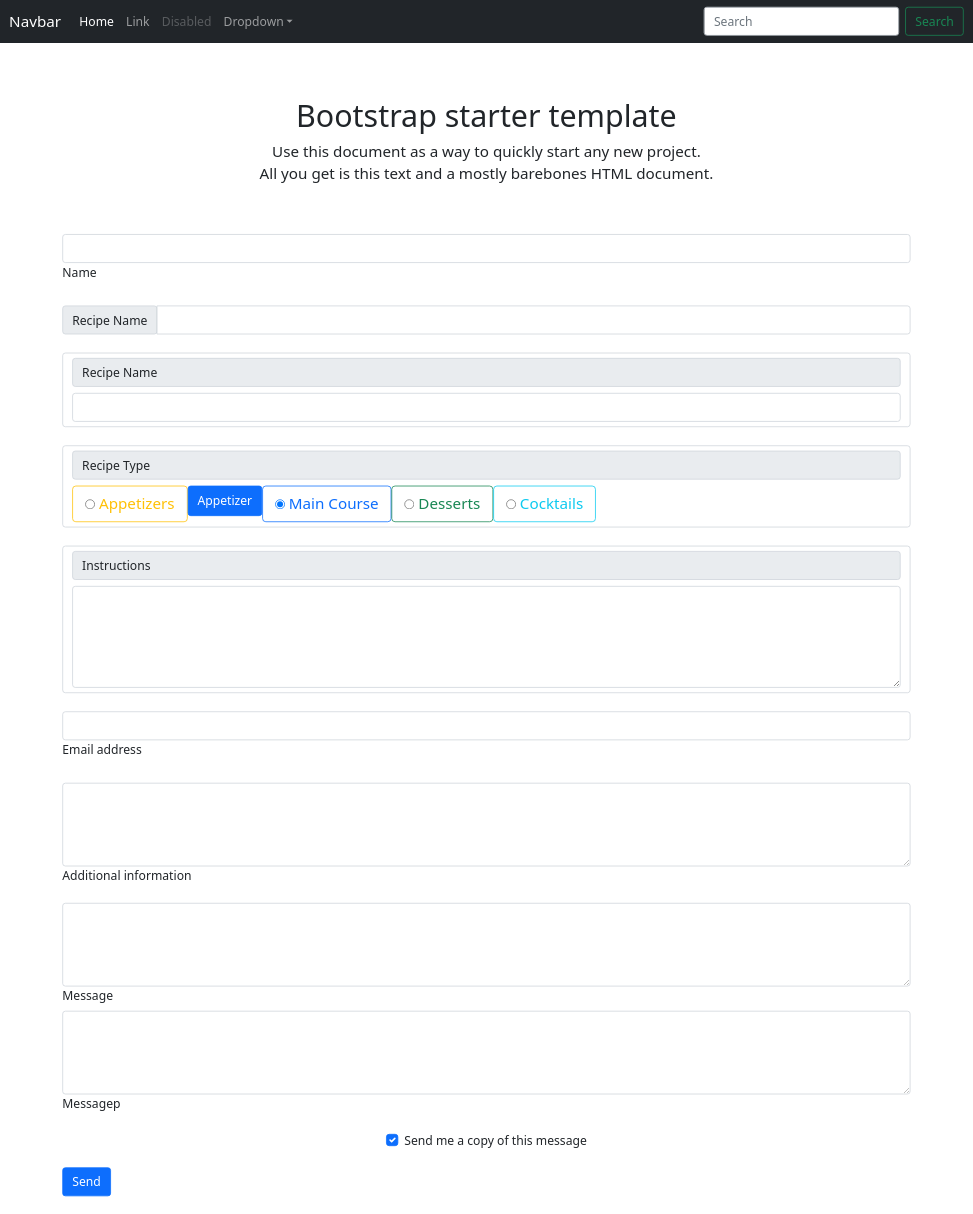
Repository: jerrywthompson/createRecipeWebpageHTML
Page: index.html
An editor plug-in stored every save of this project. The page is shown before and after the next save, followed by the edit.
The browser window is 1280 px wide. The pictures show the whole page, at 76% of full size.

Above is the page before, as saved 2021-02-23 22:54:14.

### index.html
<!doctype html>
<html lang="en">
    <head>
        <meta charset="utf-8">
        <meta name="viewport" content="width=device-width, initial-scale=1">
        <meta name="description" content="">
        <meta name="author" content="Mark Otto, Jacob Thornton, and Bootstrap contributors">
        <meta name="generator" content="Hugo 0.80.0">
        <title>Starter Template · Bootstrap v5.0</title>

        <link rel="canonical" href="https://getbootstrap.com/docs/5.0/examples/starter-template/">



        <!-- Bootstrap core CSS -->
        <link href="../assets/dist/css/bootstrap.min.css" rel="stylesheet">

        <style>
            .bd-placeholder-img {
                font-size: 1.125rem;
                text-anchor: middle;
                -webkit-user-select: none;
                -moz-user-select: none;
                user-select: none;
            }

            @media (min-width: 768px) {
                .bd-placeholder-img-lg {
                    font-size: 3.5rem;
                }
            }
        </style>


        <!-- Custom styles for this template -->
        <link href="starter-template.css" rel="stylesheet">
    </head>
    <body>

        <nav class="navbar navbar-expand-md navbar-dark bg-dark fixed-top">
            <div class="container-fluid">
                <a class="navbar-brand" href="#">Navbar</a>
                <button class="navbar-toggler" type="button" data-bs-toggle="collapse" data-bs-target="#navbarsExampleDefault" aria-controls="navbarsExampleDefault" aria-expanded="false" aria-label="Toggle navigation">
                    <span class="navbar-toggler-icon"></span>
                </button>

                <div class="collapse navbar-collapse" id="navbarsExampleDefault">
                    <ul class="navbar-nav me-auto mb-2 mb-md-0">
                        <li class="nav-item">
                            <a class="nav-link active" aria-current="page" href="#">Home</a>
                        </li>
                        <li class="nav-item">
                            <a class="nav-link" href="#">Link</a>
                        </li>
                        <li class="nav-item">
                            <a class="nav-link disabled" href="#" tabindex="-1" aria-disabled="true">Disabled</a>
                        </li>
                        <li class="nav-item dropdown">
                            <a class="nav-link dropdown-toggle" href="#" id="dropdown01" data-bs-toggle="dropdown" aria-expanded="false">Dropdown</a>
                            <ul class="dropdown-menu" aria-labelledby="dropdown01">
                                <li><a class="dropdown-item" href="#">Action</a></li>
                                <li><a class="dropdown-item" href="#">Another action</a></li>
                                <li><a class="dropdown-item" href="#">Something else here</a></li>
                            </ul>
                        </li>
                    </ul>
                    <form class="d-flex">
                        <input class="form-control me-2" type="search" placeholder="Search" aria-label="Search">
                        <button class="btn btn-outline-success" type="submit">Search</button>
                    </form>
                </div>
            </div>
        </nav>



        <div class="starter-template text-center py-5 px-3">
            <h1>Bootstrap starter template</h1>
            <p class="lead">Use this document as a way to quickly start any new project.<br> All you get is this text and a mostly barebones HTML document.</p>
        </div>
        <main class="container">
            <div class="input-section">
                <fieldset class="form-group">

                    <form action="test.php" method="post">
                        <!-- Name input -->
                        <div class="form-outline mb-4">
                            <input type="text" name="recipeName" id="form4Example1" class="form-control" />
                            <label class="form-label" for="form4Example1">Name</label>
                        </div>

                        <div class="input-group mb-4">
                            <div class="input-group-prepend">
                                <span class="input-group-text" id="inputGroup-sizing-default">Recipe Name</span>
                            </div>
                            <input type="text" name="notes" class="form-control" aria-label="Default" aria-describedby="inputGroup-sizing-default">
                        </div>

                        <div class="form-control mb-4">
                            <div class="input-group-prepend mb-2">
                                <span class="input-group-text" id="inputGroup-sizing-default">Recipe Name</span>
                            </div>
                            <input type="text" name="notes" class="form-control" aria-label="Default" aria-describedby="inputGroup-sizing-default">
                        </div>

                        <div class="form-control mb-4">
                            <div class="input-group-prepend mb-2">
                                <span class="input-group-text" id="inputGroup-sizing-default">Recipe Type</span>
                            </div>
                            <div class="btn-toolbar">
                                <label class="btn btn-outline-warning btn-lg">
                                    <input type="radio" name="recipeType" id="appetizers" value="appetizers" autocomplete="off" > Appetizers
                                </label>
                                <button type="button" name="recipeType" id="appetizers" value="appetizers" autocomplete="off" class="btn btn-primary mr-5 ml-3 mb-2"> Appetizer</button>
                                <label class="btn btn-outline-primary btn-lg ml-3">
                                    <input type="radio" name="recipeType" id="main_course" value="main_course" autocomplete="off" checked> Main Course
                                </label>
                                <label class="btn btn-outline-success btn-lg">
                                    <input type="radio" name="recipeType" id="desserts" value="desserts" autocomplete="off"> Desserts
                                </label>
                                <label class="btn btn-outline-info btn-lg">
                                    <input type="radio" name="recipeType" id="cocktails" value="cocktails" autocomplete="off"> Cocktails
                                </label>
                            </div>
                        </div>

                        <div class="form-control mb-4">
                            <div class="input-group-prepend mb-2">
                                <span class="input-group-text">Instructions</span>
                            </div>
                            <textarea class="form-control" name="instrucions" id="instrucions" rows="5"></textarea>
                        </div>

                        <!-- Email input -->
                        <div class="form-outline mb-4">
                            <input type="email" id="form4Example2" class="form-control" />
                            <label class="form-label" for="form4Example2">Email address</label>
                        </div>

                        <div class="form-outline mb-4">
                            <textarea class="form-control" id="form6Example7" rows="4"></textarea>
                            <label class="form-label-prepend" >Additional information</label>
                        </div>

                        <div class="form-outline">
                            <textarea class="form-control" id="textAreaExample" rows="4"></textarea>
                            <label class="form-label" for="textAreaExample">Message</label>
                          </div>

                        <!-- Message input -->
                        <div class="form-outline mb-4">
                            <textarea class="form-control" name="comments" id="form4Example3" rows="4"></textarea>
                            <label class="form-label-prepend" for="form4Example3">Messagep</label>
                        </div>

                        <!-- Checkbox -->
                        <div class="form-check d-flex justify-content-center mb-4">
                            <input
                                class="form-check-input me-2"
                                type="checkbox"
                                value=""
                                id="form4Example4"
                                checked
                                />
                            <label class="form-check-label" for="form4Example4">
                                Send me a copy of this message
                            </label>
                        </div>

                        <!-- Submit button -->
                        <button type="submit" class="btn btn-primary btn-block mb-4">Send</button>
                    </form>






                    <script src="../assets/dist/js/bootstrap.bundle.min.js"></script>


                    </body>
                    </html>
                    <a href="../flask_db4/flaskblog/templates/create_post.html"></a>

Loaded but not shown: assets/dist/css/bootstrap.min.css (library); starter-template.css (common file); assets/dist/js/bootstrap.bundle.min.js (library)

After the next save:
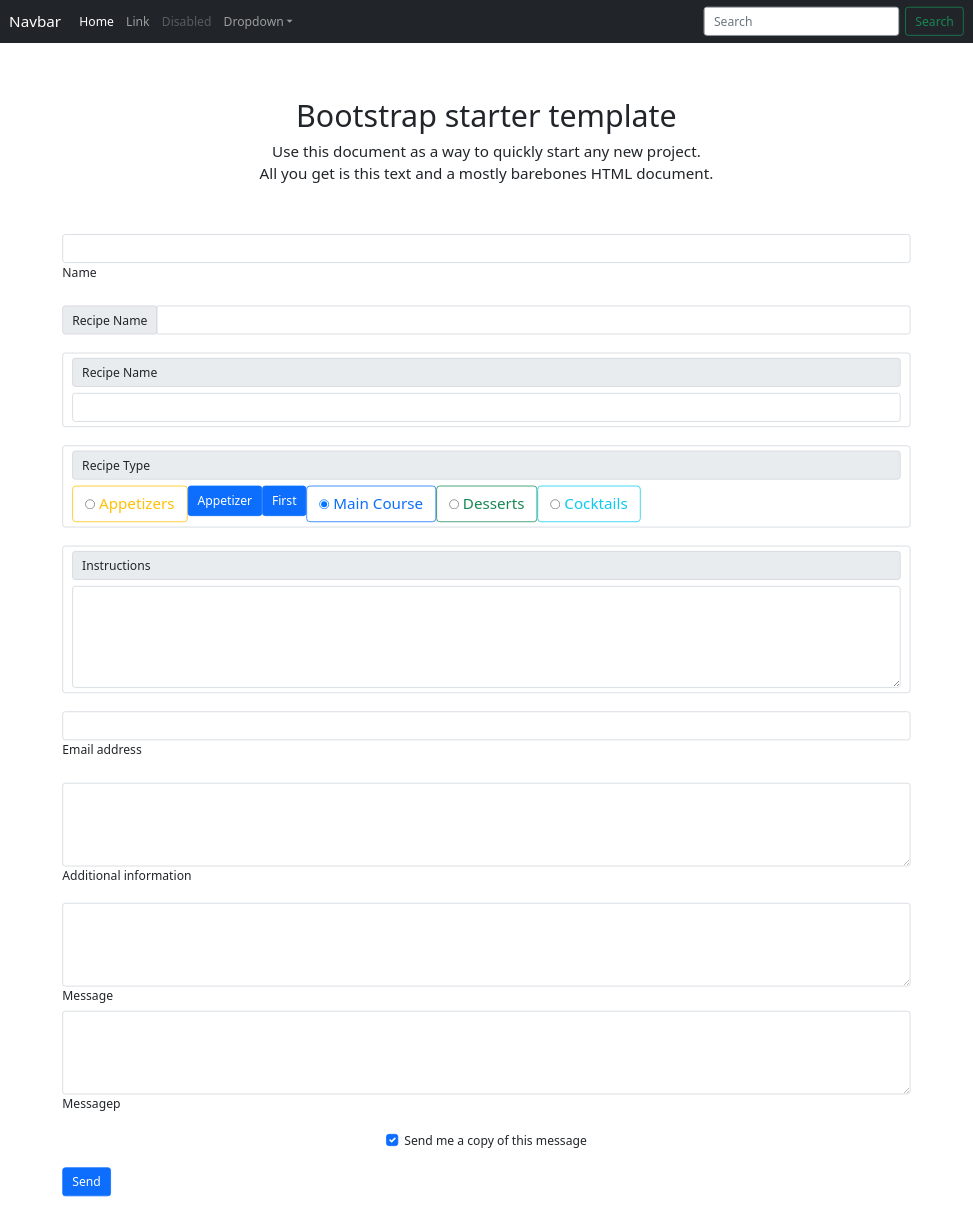
Saved 96 s later.
--- a/index.html
+++ b/index.html
@@ -112,6 +112,8 @@
                                     <input type="radio" name="recipeType" id="appetizers" value="appetizers" autocomplete="off" > Appetizers
                                 </label>
                                 <button type="button" name="recipeType" id="appetizers" value="appetizers" autocomplete="off" class="btn btn-primary mr-5 ml-3 mb-2"> Appetizer</button>
+                                <button type="button" class="btn btn-primary mr-2 mb-2">First</button>
+
                                 <label class="btn btn-outline-primary btn-lg ml-3">
                                     <input type="radio" name="recipeType" id="main_course" value="main_course" autocomplete="off" checked> Main Course
                                 </label>
